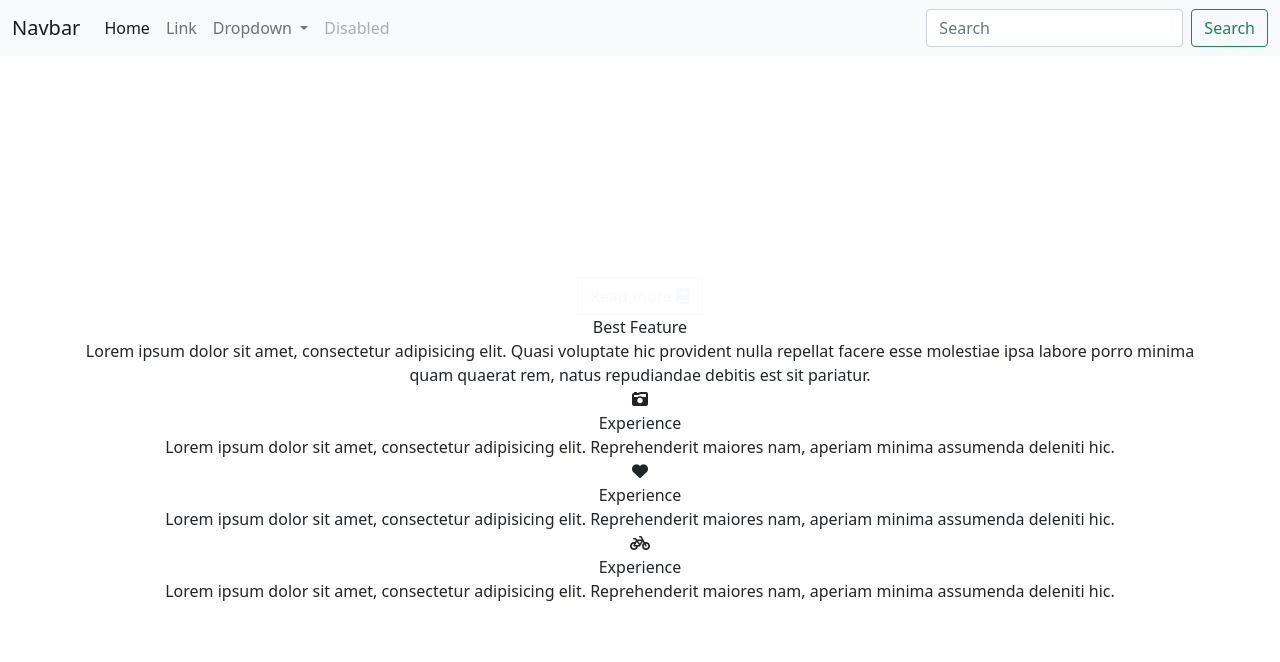
Repository: nptg3105/lab04-landing-page-boostrap5
Page: index.html
These files come from the project's save history. The page is drawn as it stood at one moment and after the next save; the edit follows.
The browser window is 1280 px wide. The pictures show the whole page.

Above is the page before, as saved 2021-12-19 10:09:04.

After the next save:
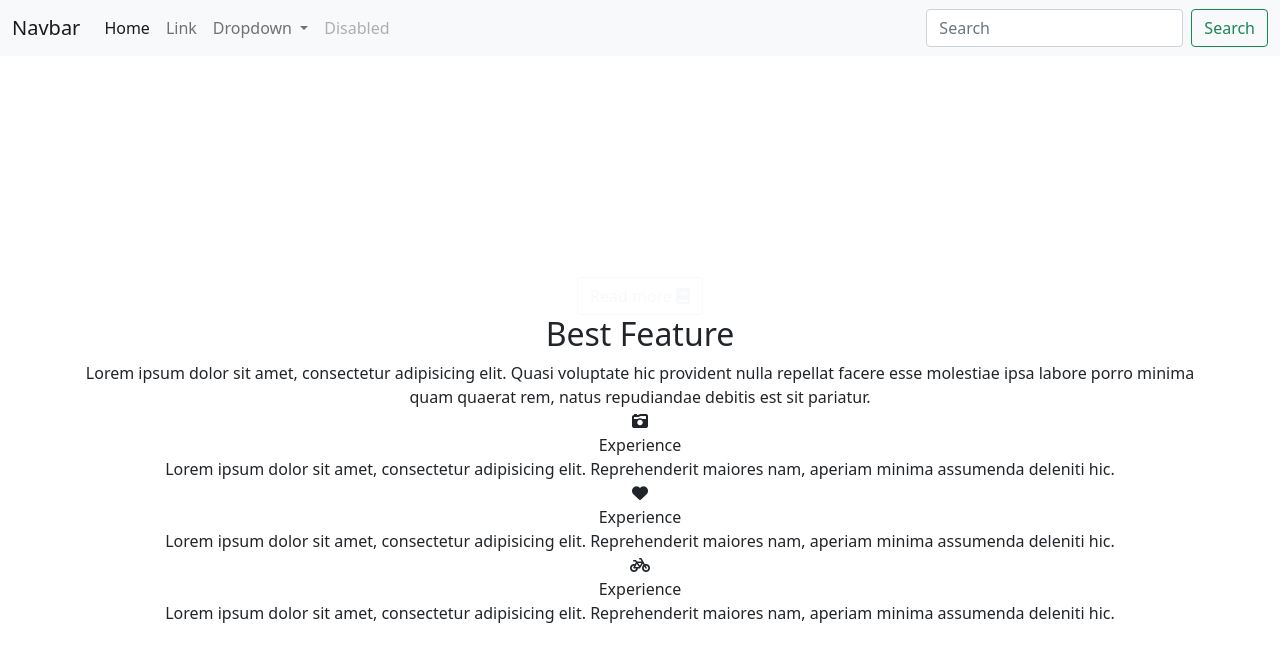
Saved 26 s later.
--- a/index.html
+++ b/index.html
@@ -89,7 +89,7 @@
       </div>
       <div class="feature text-center">
         <div class="container">
-          <div class="feature__heading">Best Feature</div>
+          <h2 class="feature__heading">Best Feature</h2>
           <div class="feature__detail">Lorem ipsum dolor sit amet, consectetur adipisicing elit. Quasi voluptate hic provident nulla repellat facere esse molestiae ipsa labore porro minima quam quaerat rem, natus repudiandae debitis est sit pariatur.</div>
           <div class="feature__list">
             <div class="feature__item">
